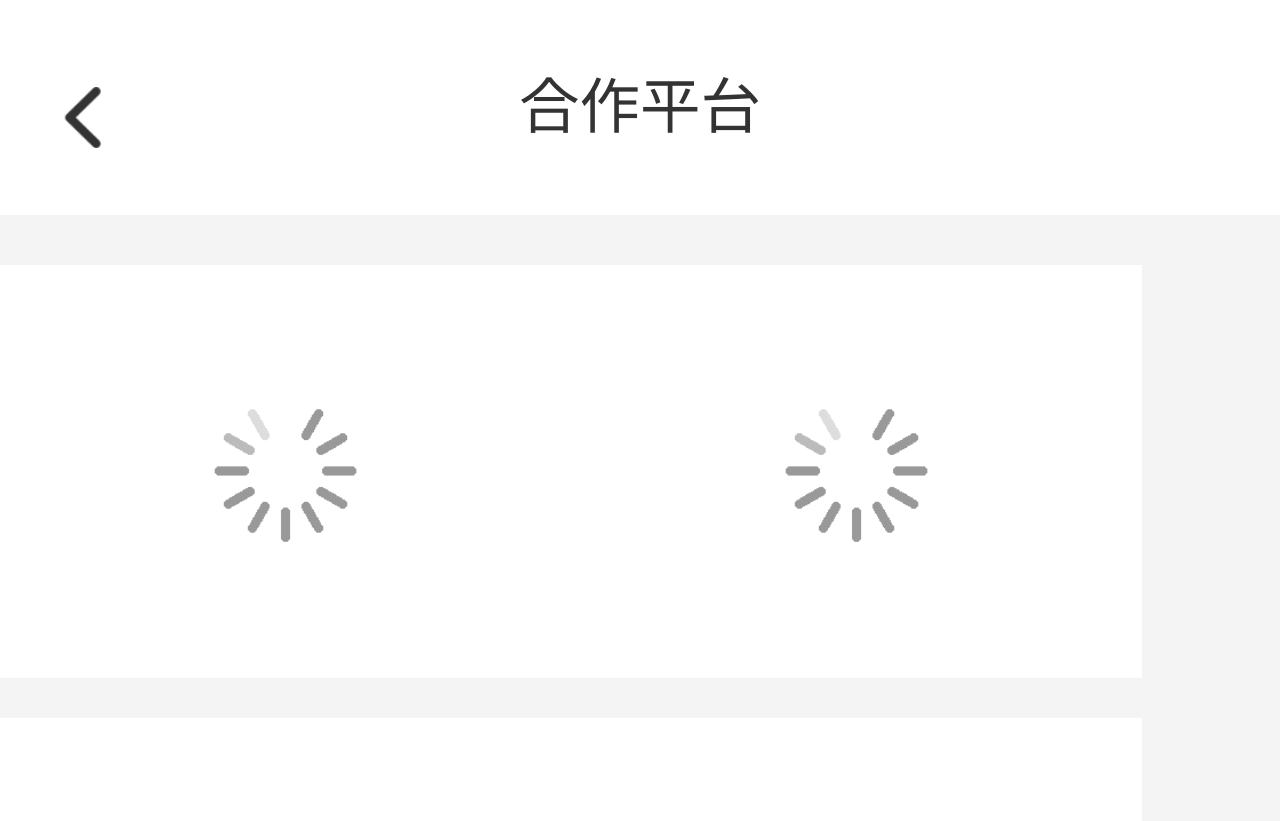
Repository: GgoodBoy/js-object
Page: jquery懒加载/platObj/platForm.html
These files come from the project's save history. The page is drawn as it stood at one moment and after the next save; the edit follows.
The browser window is 1280 px wide. The pictures show the whole page.
An inner scrolling area shows only its first screen. Some web libraries are served in a nearby version.

Above is the page before, as saved 2019-10-15 15:51:42.

After the next save:
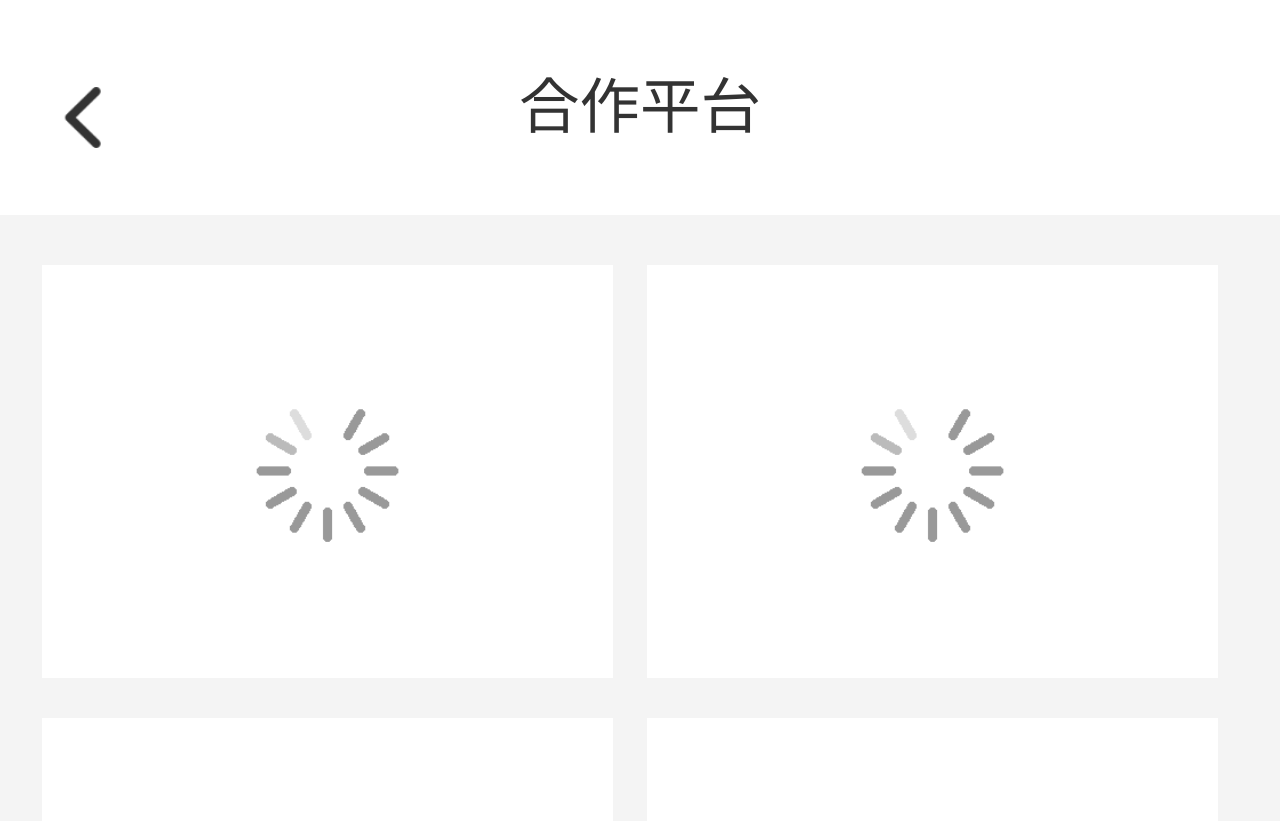
Saved 93 s later.
--- a/jquery懒加载/platObj/platForm.html
+++ b/jquery懒加载/platObj/platForm.html
@@ -96,6 +96,7 @@
     height: calc(100vh - 0.98rem);
     overflow: scroll;
     margin-top: 0.3rem;
+    padding:0 0.25rem;
 }
 #platFormId .platList ul{
     zoom: 1;
@@ -109,6 +110,9 @@
     list-style: none;
     width: 3.4rem;
 }
+#platFormId .platList ul li:nth-child(even){
+    margin-left: 0.2rem;
+}
 #platFormId .platList ul li img{
     width: 100%;
 }
